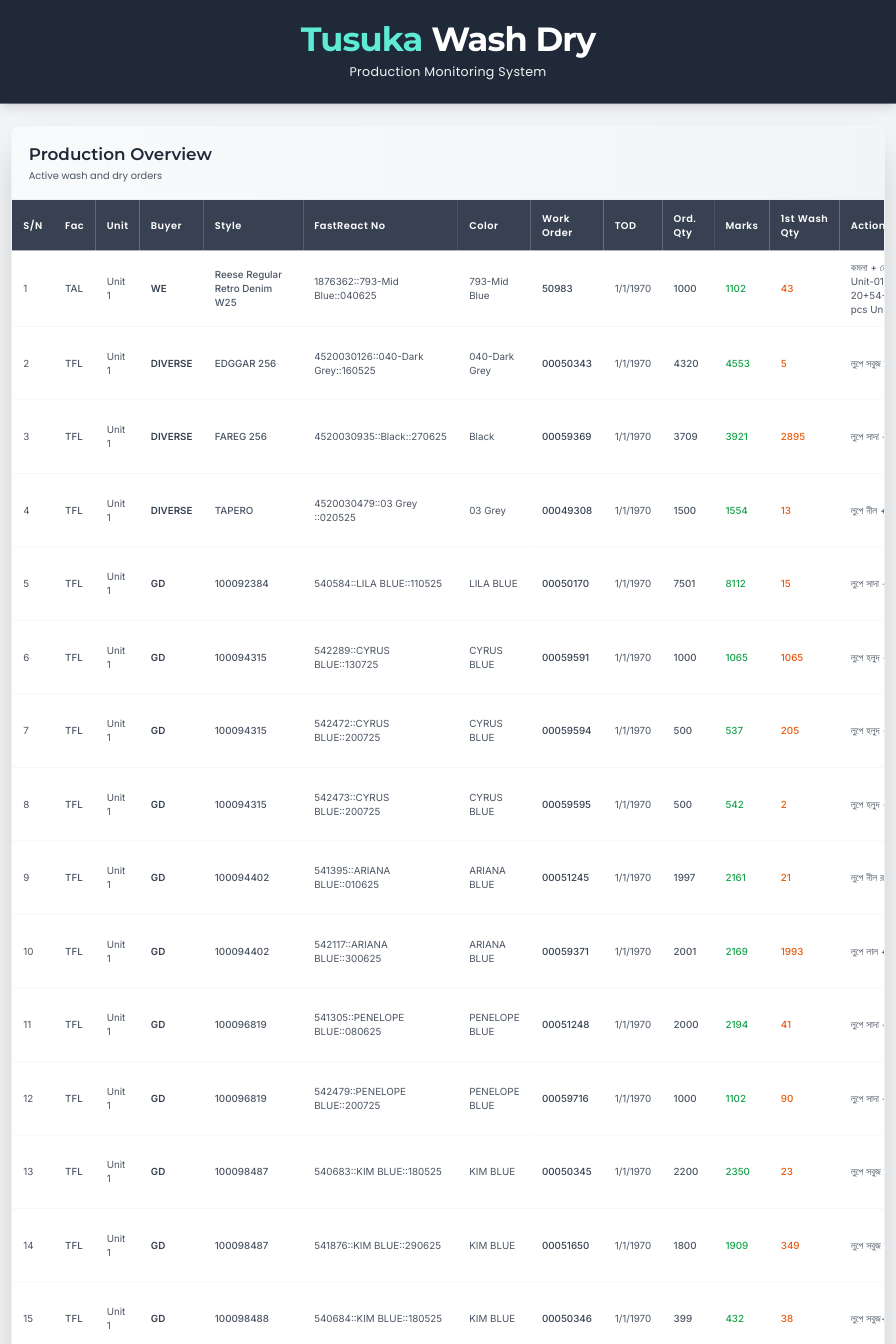
Repository: AhmedMuktadir14218/TusukaDryWash
Page: 1st Wash/index.html
The author's editor kept a copy of each file at every save. The page is drawn from the files as they stood at one save, then again after the next save.
The browser window is 1280 px wide. The pictures show the part of the page from y = 0 to 1920 px (the page is 4087 px tall), at 70% of full size.
Some web libraries are served in a nearby version.

Above is the page before, as saved 2025-07-01 11:56:18.

### 1st Wash/index.html
<!DOCTYPE html>
<html lang="en">
<head>
    <meta charset="UTF-8" />
    <meta name="viewport" content="width=device-width, initial-scale=1.0"/>
    <title>Tusuka Wash Dry</title>
    <script src="https://cdn.tailwindcss.com"></script>
    <link href="https://fonts.googleapis.com/css2?family=Inter:wght@300;400;500;600;700&family=Poppins:wght@400;500;600;700&family=Montserrat:wght@400;500;600;700&display=swap" rel="stylesheet">
    <script src="https://cdn.jsdelivr.net/npm/qrious@4.0.2/dist/qrious.min.js"></script>

    <style>
        /* Custom Typography Classes */
        .font-poppins {
            font-family: 'Poppins', sans-serif;
        }
        .font-inter {
            font-family: 'Inter', sans-serif;
        }
        .font-montserrat {
            font-family: 'Montserrat', sans-serif;
        }

        /* Custom shadow for a more premium feel */
        .shadow-3xl {
            box-shadow: 0 25px 50px -12px rgba(0, 0, 0, 0.25), 0 0 15px rgba(0, 0, 0, 0.08);
        }

        /* Custom scrollbar for better aesthetics */
        .custom-scrollbar::-webkit-scrollbar {
            width: 8px;
        }
        .custom-scrollbar::-webkit-scrollbar-track {
            background: #f1f5f9; /* gray-100 */
            border-radius: 10px;
        }
        .custom-scrollbar::-webkit-scrollbar-thumb {
            background: #cbd5e1; /* gray-400 */
            border-radius: 10px;
        }
        .custom-scrollbar::-webkit-scrollbar-thumb:hover {
            background: #94a3b8; /* gray-500 */
        }

        /* For the checkered pattern on cells as seen in the image */
        .checkered-bg {
            background-image: linear-gradient(45deg, #f0f0f0 25%, transparent 25%, transparent 75%, #f0f0f0 75%, #f0f0f0),
                              linear-gradient(45deg, #f0f0f0 25%, transparent 25%, transparent 75%, #f0f0f0 75%, #f0f0f0);
            background-size: 10px 10px;
            background-position: 0 0, 5px 5px;
        }
    </style>
</head>
<body class="bg-gray-100 text-gray-900 font-inter">
    <div class="bg-gray-800 shadow-lg py-8 mb-8">
        <h1 class="text-5xl font-bold text-center text-white font-montserrat tracking-tight">
            <span class="text-teal-300">Tusuka</span> Wash Dry
        </h1>
        <p class="text-center text-gray-100 mt-2 font-poppins text-lg tracking-wide">Production Monitoring System</p>
    </div>

    <div class="container mx-auto px-4 mb-8">
        <div class="bg-white shadow-2xl rounded-xl overflow-hidden border border-gray-100">
            <div class="p-6 border-b border-gray-200 bg-gradient-to-r from-gray-50 to-gray-100">
                <h2 class="text-2xl font-semibold text-gray-800 font-montserrat">Production Overview</h2>
                <p class="text-sm text-gray-600 font-poppins mt-1">Active wash and dry orders</p>
            </div>

            <div class="overflow-x-auto custom-scrollbar">
                <table class="min-w-full table-auto text-sm">
                    <thead>
                        <tr class="bg-gray-700 text-white font-poppins">
                            <th class="px-4 py-4 font-semibold text-left tracking-wider">S/N</th>
                            <th class="px-4 py-4 font-semibold text-left tracking-wider">Fac</th>
                            <th class="px-4 py-4 font-semibold text-left tracking-wider">Unit</th>
                            <th class="px-4 py-4 font-semibold text-left tracking-wider">Buyer</th>
                            <th class="px-4 py-4 font-semibold text-left tracking-wider">Style</th>
                            <th class="px-4 py-4 font-semibold text-left tracking-wider">FastReact No</th>
                            <th class="px-4 py-4 font-semibold text-left tracking-wider">Color</th>
                            <th class="px-4 py-4 font-semibold text-left tracking-wider">Work Order</th>
                            <th class="px-4 py-4 font-semibold text-left tracking-wider">TOD</th>
                            <th class="px-4 py-4 font-semibold text-left tracking-wider">Ord. Qty</th>
                            <th class="px-4 py-4 font-semibold text-left tracking-wider">Marks</th>
                            <th class="px-4 py-4 font-semibold text-left tracking-wider">1st Wash Qty</th>
                            <th class="px-4 py-4 font-semibold text-left tracking-wider">Action</th>
                        </tr>
                    </thead>

                    <tbody class="divide-y divide-gray-100 font-inter" id="productionTableBody">

                    </tbody>

                </table>
            </div>

            <div class="bg-gradient-to-r from-gray-50 to-gray-100 px-6 py-4 border-t border-gray-200">
                <div class="flex justify-between items-center">
                    <p class="text-sm text-gray-600 font-poppins">Showing 1 to 6 of 6 entries</p>
                    <div class="flex space-x-2 font-poppins">
                        <button class="px-5 py-2 border border-gray-200 rounded-lg text-gray-600 hover:bg-gray-50 transition-colors duration-200 font-medium">
                            Previous
                        </button>
                        <button class="px-5 py-2 border border-gray-200 rounded-lg text-gray-600 hover:bg-gray-50 transition-colors duration-200 font-medium">
                            Next
                        </button>
                    </div>
                </div>
            </div>
        </div>
    </div>

    <div id="batchCardModal" class="fixed inset-0 bg-gray-900 bg-opacity-75 flex items-center justify-center z-50 hidden transition-opacity duration-300 ease-out opacity-0">
        <div class="bg-white rounded-xl shadow-3xl max-w-3xl w-full m-4 transform scale-95 transition-transform duration-300 ease-out overflow-hidden">
            <div class="bg-gray-800 text-white p-6 flex justify-between items-center">
                <h3 class="text-2xl font-bold font-montserrat tracking-wide">Batch Card For 1st Wash</h3>
                <button id="closeBatchModal" class="text-gray-100 hover:text-white transition-colors duration-200 focus:outline-none focus:ring-2 focus:ring-gray-300 rounded-full p-1">
                    <svg class="w-7 h-7" fill="none" stroke="currentColor" viewBox="0 0 24 24" xmlns="http://www.w3.org/2000/svg"><path stroke-linecap="round" stroke-linejoin="round" stroke-width="2" d="M6 18L18 6M6 6l12 12"></path></svg>
                </button>
            </div>

            <div class="p-8 custom-scrollbar max-h-[80vh] overflow-y-auto">
                <div class="border border-gray-300 grid grid-cols-1 md:grid-cols-2">
                    <div class="grid grid-cols-2 border-b md:border-b-0 md:border-r border-gray-300">
                        <div class="border-r border-b border-gray-300 p-2 text-sm font-semibold text-gray-700">Work Order</div>
                        <div class="border-b border-gray-300 p-2 text-sm text-gray-700 font-medium" id="modalBatchWorkOrder"></div>

                        <div class="border-r border-b border-gray-300 p-2 text-sm font-semibold text-gray-700">Style</div>
                        <div class="border-b border-gray-300 p-2 text-sm text-gray-800 font-medium" id="modalBatchStyle"></div>

                        <div class="border-r border-gray-300 p-2 text-sm font-semibold text-gray-700">PO</div>
                        <div class="p-2 text-sm text-gray-800 font-medium" id="modalBatchPO"></div>
                    </div>

                    <div class="grid grid-cols-2">
                        <div class="border-r border-b border-gray-300 p-2 text-sm font-semibold text-gray-700">QR Code</div>
                        <div class="border-b border-gray-300 p-2 text-sm text-gray-800 font-medium flex justify-center items-center">
                            <canvas id="qrCodeCanvas" class="w-30 h-30"></canvas>
                        </div>
                        <div class="border-r border-gray-300 p-2 text-sm font-semibold text-gray-700">Process Step</div>
                        <div class="p-2 text-sm text-gray-800 font-medium">1st Wash</div>
                    </div>
                </div>

                <div class="border border-gray-300 mt-6">
                    <div class="grid grid-cols-3">
                        <div class="border-r border-b border-gray-300 p-2 text-sm font-semibold text-gray-700">Batch No</div>
                        <div class="border-r border-b border-gray-300 p-2 text-sm font-semibold text-gray-700">Batch Qty</div>
                        <div class="border-b border-gray-300 p-2 text-sm font-semibold text-gray-700">Batch Weight</div>
                    </div>
                    <div class="grid grid-cols-3">
                        <div class="border-r border-gray-300 p-2 text-sm text-gray-800 font-medium" id="modalBatchNo">1</div>
                        <div class="border-r border-gray-300 p-2 text-center">
                            <input type="number" id="batchQtyInput" placeholder="input Qty"
                                class="w-full border border-gray-300 rounded-md px-2 py-1 text-center text-gray-800
                                       focus:ring-gray-600 focus:border-gray-600 transition-colors duration-200">
                        </div>
                        <div class="p-2 text-center">
                            <input type="number" id="batchWeightInput" placeholder="input Weight"
                                class="w-full border border-gray-300 rounded-md px-2 py-1 text-center text-gray-800
                                       focus:ring-gray-600 focus:border-gray-600 transition-colors duration-200">
                        </div>
                    </div>
                </div>

                <div class="mt-6 border border-gray-300 rounded-lg overflow-hidden">
                    <div class="bg-gray-100 p-3 text-lg font-semibold text-gray-800 border-b border-gray-200 text-center font-montserrat">Process List</div>
                    <div class="p-4 grid grid-cols-2 md:grid-cols-4 gap-4 text-gray-800 font-inter">
                        <label class="flex items-center">
                            <input type="checkbox" name="batchProcess" value="Process 1" class="form-checkbox h-5 w-5 text-gray-600 rounded-sm focus:ring-gray-500 border-gray-300">
                            <span class="ml-2">Process 1</span>
                        </label>
                        <label class="flex items-center">
                            <input type="checkbox" name="batchProcess" value="Process 2" class="form-checkbox h-5 w-5 text-gray-600 rounded-sm focus:ring-gray-500 border-gray-300">
                            <span class="ml-2">Process 2</span>
                        </label>
                        <label class="flex items-center">
                            <input type="checkbox" name="batchProcess" value="Process 3" class="form-checkbox h-5 w-5 text-gray-600 rounded-sm focus:ring-gray-500 border-gray-300">
                            <span class="ml-2">Process 3</span>
                        </label>
                        <label class="flex items-center">
                            <input type="checkbox" name="batchProcess" value="Process 4" class="form-checkbox h-5 w-5 text-gray-600 rounded-sm focus:ring-gray-500 border-gray-300">
                            <span class="ml-2">Process 4</span>
                        </label>
                        <label class="flex items-center">
                            <input type="checkbox" name="batchProcess" value="Process 5" class="form-checkbox h-5 w-5 text-gray-600 rounded-sm focus:ring-gray-500 border-gray-300">
                            <span class="ml-2">Process 5</span>
                        </label>
                        <label class="flex items-center">
                            <input type="checkbox" name="batchProcess" value="Process 6" class="form-checkbox h-5 w-5 text-gray-600 rounded-sm focus:ring-gray-500 border-gray-300">
                            <span class="ml-2">Process 6</span>
                        </label>
                        <label class="flex items-center">
                            <input type="checkbox" name="batchProcess" value="Process 7" class="form-checkbox h-5 w-5 text-gray-600 rounded-sm focus:ring-gray-500 border-gray-300">
                            <span class="ml-2">Process 7</span>
                        </label>
                        <label class="flex items-center">
                            <input type="checkbox" name="batchProcess" value="Process 8" class="form-checkbox h-5 w-5 text-gray-600 rounded-sm focus:ring-gray-500 border-gray-300">
                            <span class="ml-2">Process 8</span>
                        </label>
                        <label class="flex items-center">
                            <input type="checkbox" name="batchProcess" value="Process 9" class="form-checkbox h-5 w-5 text-gray-600 rounded-sm focus:ring-gray-500 border-gray-300">
                            <span class="ml-2">Process 9</span>
                        </label>
                        <label class="flex items-center">
                            <input type="checkbox" name="batchProcess" value="Process 10" class="form-checkbox h-5 w-5 text-gray-600 rounded-sm focus:ring-gray-500 border-gray-300">
                            <span class="ml-2">Process 10</span>
                        </label>
                        <label class="flex items-center">
                            <input type="checkbox" name="batchProcess" value="Process 11" class="form-checkbox h-5 w-5 text-gray-600 rounded-sm focus:ring-gray-500 border-gray-300">
                            <span class="ml-2">Process 11</span>
                        </label>
                        <label class="flex items-center">
                            <input type="checkbox" name="batchProcess" value="Process 12" class="form-checkbox h-5 w-5 text-gray-600 rounded-sm focus:ring-gray-500 border-gray-300">
                            <span class="ml-2">Process 12</span>
                        </label>
                        <label class="flex items-center">
                            <input type="checkbox" name="batchProcess" value="Process 13" class="form-checkbox h-5 w-5 text-gray-600 rounded-sm focus:ring-gray-500 border-gray-300">
                            <span class="ml-2">Process 13</span>
                        </label>
                        <label class="flex items-center">
                            <input type="checkbox" name="batchProcess" value="Process 14" class="form-checkbox h-5 w-5 text-gray-600 rounded-sm focus:ring-gray-500 border-gray-300">
                            <span class="ml-2">Process 14</span>
                        </label>
                        <label class="flex items-center">
                            <input type="checkbox" name="batchProcess" value="Process 15" class="form-checkbox h-5 w-5 text-gray-600 rounded-sm focus:ring-gray-500 border-gray-300">
                            <span class="ml-2">Process 15</span>
                        </label>
                        <label class="flex items-center">
                            <input type="checkbox" name="batchProcess" value="Process 16" class="form-checkbox h-5 w-5 text-gray-600 rounded-sm focus:ring-gray-500 border-gray-300">
                            <span class="ml-2">Process 16</span>
                        </label>
                        <label class="flex items-center">
                            <input type="checkbox" name="batchProcess" value="Process 17" class="form-checkbox h-5 w-5 text-gray-600 rounded-sm focus:ring-gray-500 border-gray-300">
                            <span class="ml-2">Process 17</span>
                        </label>
                        <label class="flex items-center">
                            <input type="checkbox" name="batchProcess" value="Process 18" class="form-checkbox h-5 w-5 text-gray-600 rounded-sm focus:ring-gray-500 border-gray-300">
                            <span class="ml-2">Process 18</span>
                        </label>
                        <label class="flex items-center">
                            <input type="checkbox" name="batchProcess" value="Process 19" class="form-checkbox h-5 w-5 text-gray-600 rounded-sm focus:ring-gray-500 border-gray-300">
                            <span class="ml-2">Process 19</span>
                        </label>
                    </div>
                </div>
            </div>

            <div class="bg-gray-100 px-8 py-5 border-t border-gray-200 flex justify-end">
                <button type="submit" id="saveBatchData" class="bg-green-600 hover:bg-green-700 text-white font-bold py-3 px-8 rounded-lg shadow-lg hover:shadow-xl transition-all duration-200 transform hover:-translate-y-0.5 flex items-center">
                    <svg class="w-5 h-5 mr-2" fill="none" stroke="currentColor" viewBox="0 0 24 24" xmlns="http://www.w3.org/2000/svg"><path stroke-linecap="round" stroke-linejoin="round" stroke-width="2" d="M5 13l4 4L19 7"></path></svg>
                    Confirm & Save
                </button>
            </div>
        </div>
    </div>

 <script src="script.js"></script>
</body>
</html>

Loaded but not shown: 1st Wash/dataTable.json (571 lines, source omitted); 1st Wash/script.js (199 lines, source omitted)

After the next save:
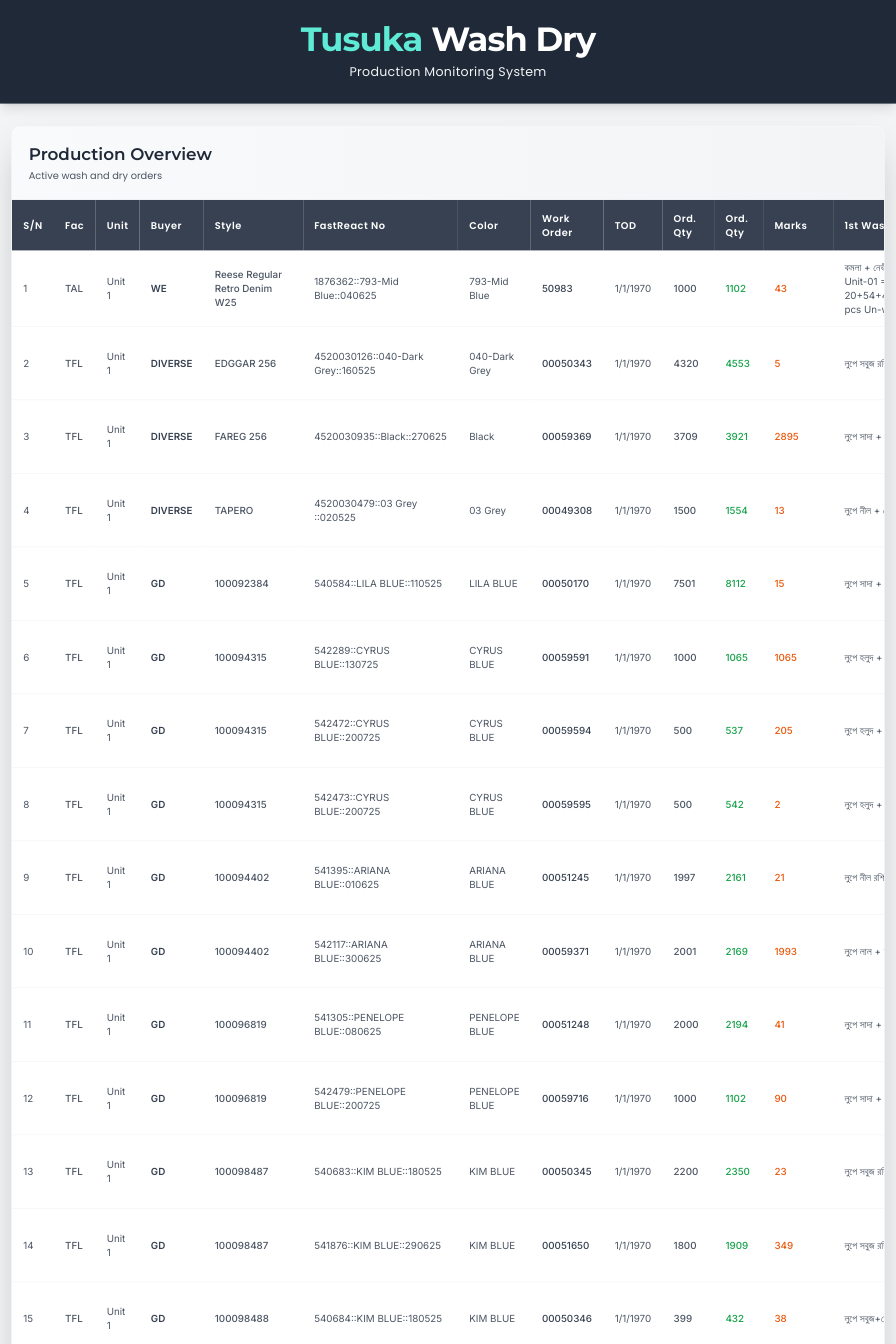
Saved 3 min 0 s later.
--- a/1st Wash/index.html
+++ b/1st Wash/index.html
@@ -79,6 +79,7 @@
                             <th class="px-4 py-4 font-semibold text-left tracking-wider">Work Order</th>
                             <th class="px-4 py-4 font-semibold text-left tracking-wider">TOD</th>
                             <th class="px-4 py-4 font-semibold text-left tracking-wider">Ord. Qty</th>
+                            <th class="px-4 py-4 font-semibold text-left tracking-wider">Ord. Qty</th>
                             <th class="px-4 py-4 font-semibold text-left tracking-wider">Marks</th>
                             <th class="px-4 py-4 font-semibold text-left tracking-wider">1st Wash Qty</th>
                             <th class="px-4 py-4 font-semibold text-left tracking-wider">Action</th>
